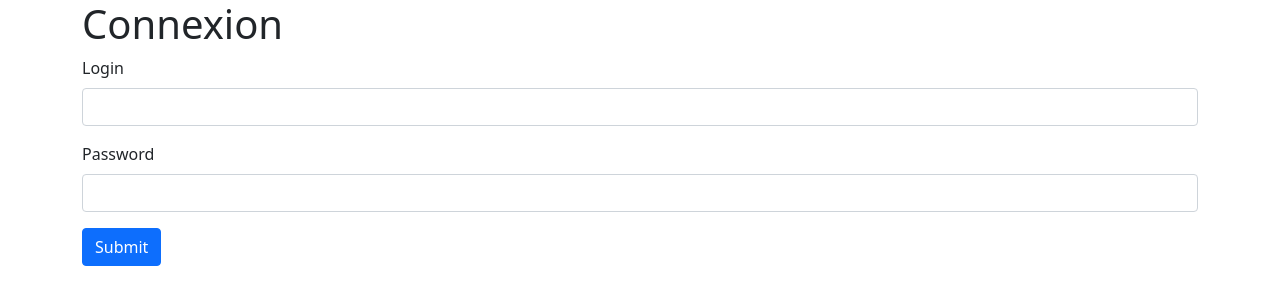
Repository: QuentinFayt/NewsWeb
Page: sources/adminNewsWeb/login.html
The author's editor kept a copy of each file at every save. The page is drawn from the files as they stood at one save, then again after the next save.
The browser window is 1280 px wide. The pictures show the whole page.

Above is the page before, as saved 2021-12-23 10:25:16.

After the next save:
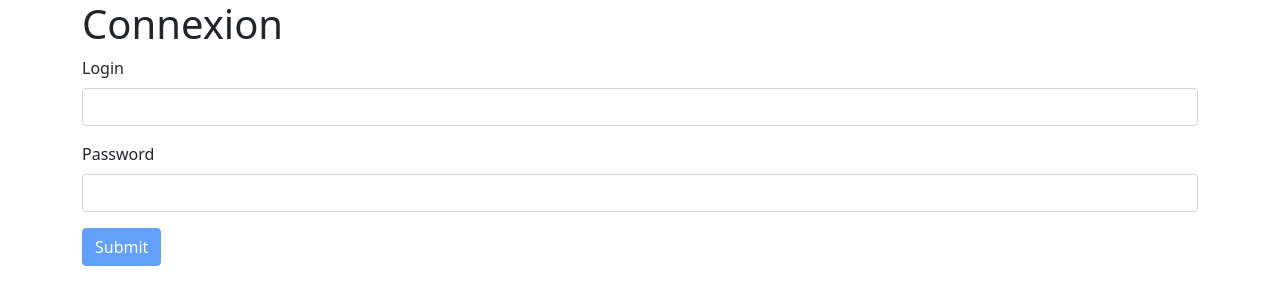
Saved 2 min 46 s later.
--- a/sources/adminNewsWeb/login.html
+++ b/sources/adminNewsWeb/login.html
@@ -23,7 +23,7 @@
                 <label for="password" class="form-label">Password</label>
                 <input type="password" class="form-control" id="password" required>
             </div>
-            <button type="submit" class="btn btn-primary">Submit</button>
+            <button type="submit" class="btn btn-primary" disabled>Submit</button>
         </form>
 
     </main>
